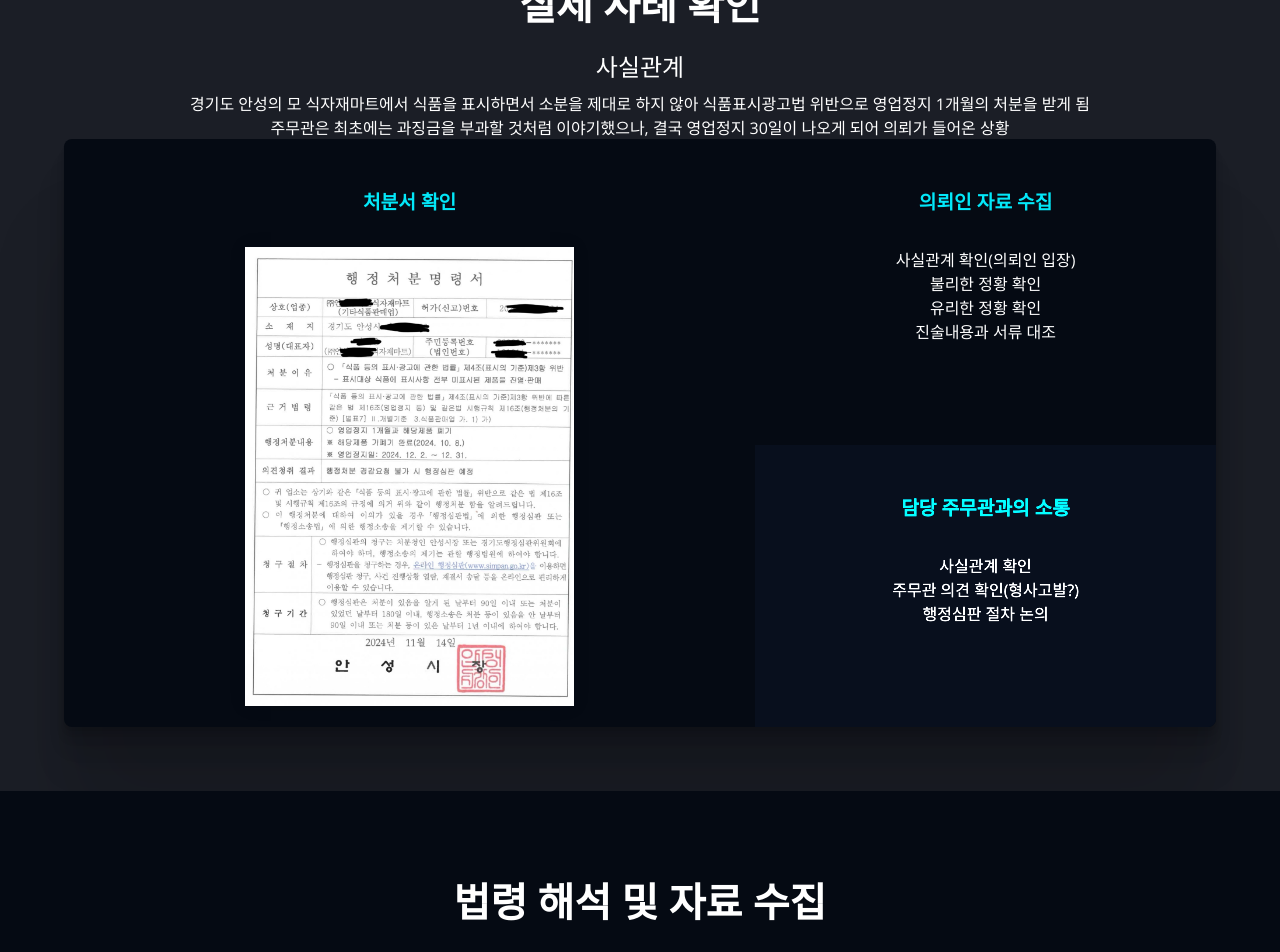
Repository: eggmoon/eggmoon_new
Page: index.html
These files come from the project's save history. The page is drawn as it stood at one moment and after a run of saves; the edit follows.
The browser window is 1280 px wide. The pictures show the part of the page from y = 1512 to 2464 px (the page is 4369 px tall).
A picture or video elsewhere on the page could not be fetched, so the positions and the page height are approximate. Some web libraries are served in a nearby version.

Above is the page before, as saved 2025-02-26 19:50:09.
Console error: ReferenceError: const등 is not defined

After the next 3 saves:
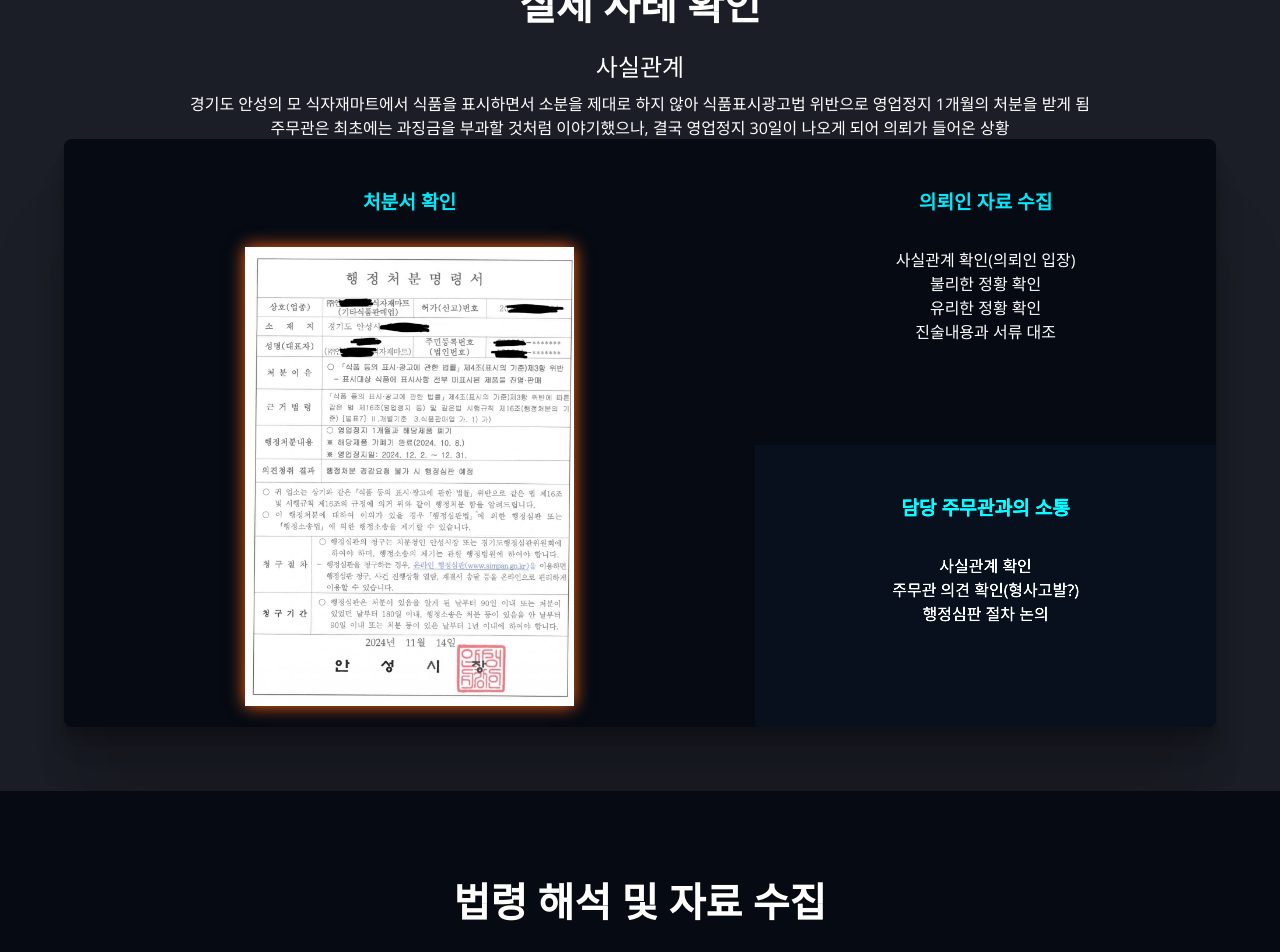
The 3 saves are shown as one change because they came seconds apart.
The last was saved 32 s later.
--- a/css/style.css
+++ b/css/style.css
@@ -237,7 +237,7 @@
 .skills__img{
   width: 50%;
   object-fit:cover;
-  box-shadow: rgba(17, 17, 26, 0.1) 0px 0px 16px;
+  box-shadow: var(--color-accent-variant) 0px 0px 16px;
 
 }
 .skills-container{
